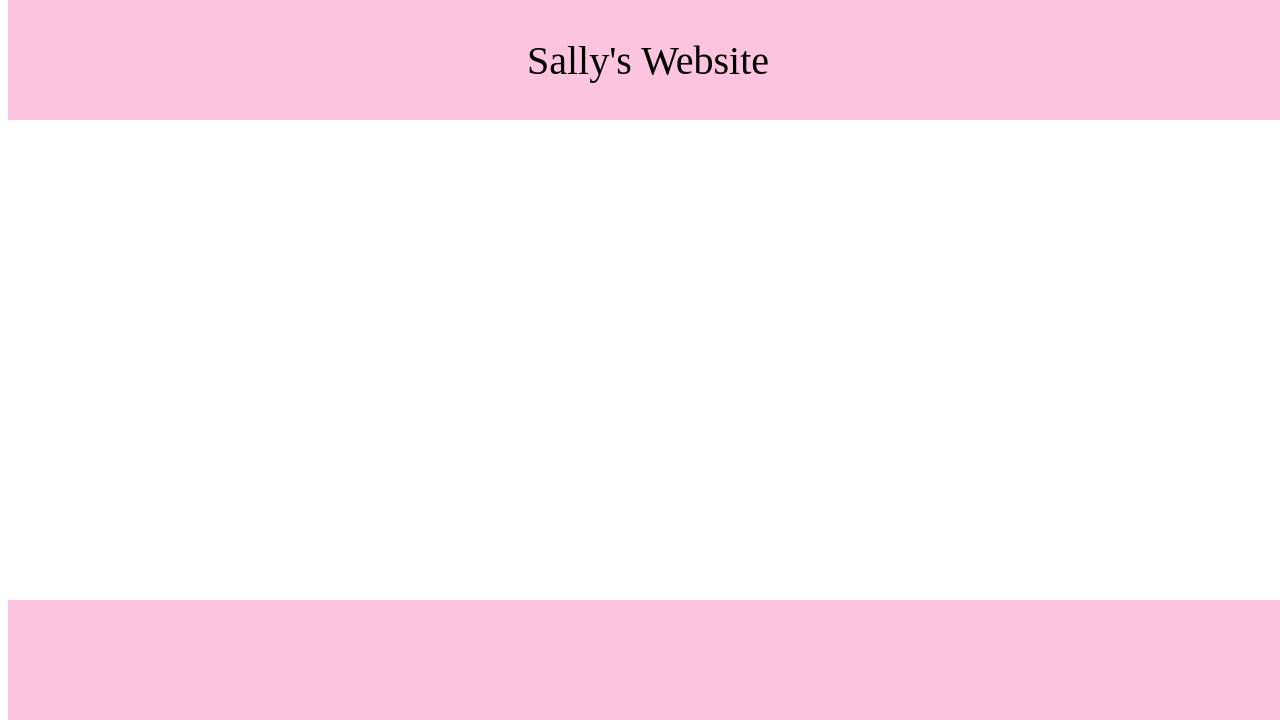
Repository: tianjiewang2022/tianjiewang2022.github.io
Page: index.html
An editor plug-in stored every save of this project. The page is shown before and after the next save, followed by the edit.
The browser window is 1280 px wide. The pictures show the whole page.

Above is the page before, as saved 2023-10-02 20:21:10.

After the next save:
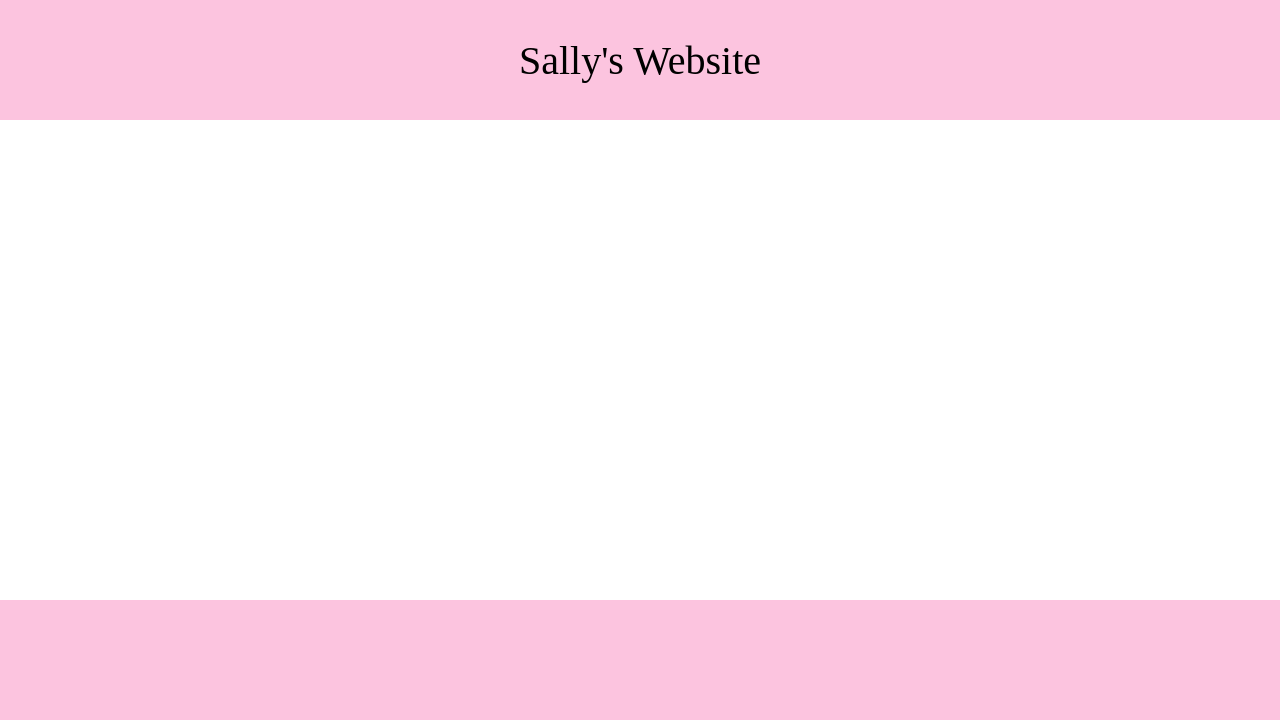
Saved 2 min 3 s later.
--- a/index.html
+++ b/index.html
@@ -9,8 +9,8 @@
             body {
                 padding-top: 100px;
                 background-color: rgb(255, 255, 255);
-                left: 0px;
-                right: 0px;
+                margin-left: 0px;
+                margin-right: 0px;
             }
 
             header {
